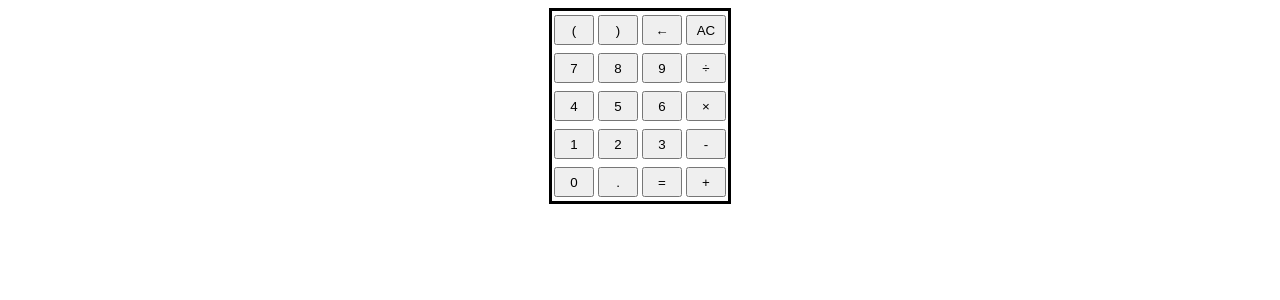
Repository: z1youRA/MyCalculator
Page: index.html
These files come from the project's save history. The page is drawn as it stood at one moment and after the next save; the edit follows.
The browser window is 1280 px wide. The pictures show the whole page.

Above is the page before, as saved 2021-12-19 14:07:27.

After the next save:
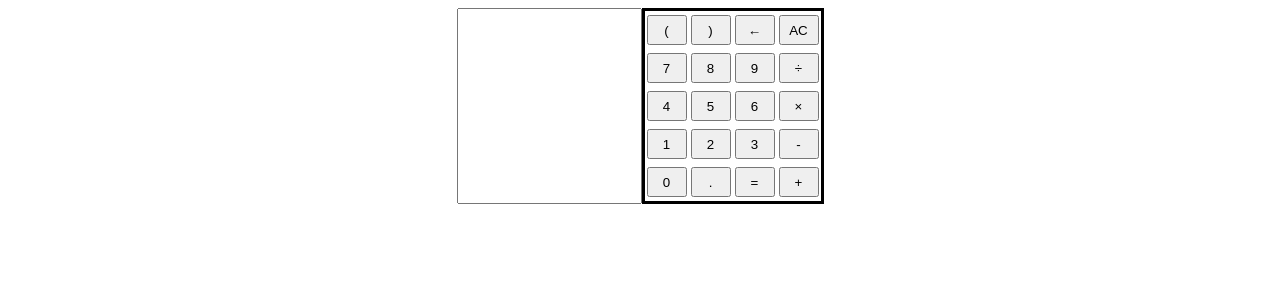
Saved 57 s later.
--- a/index.html
+++ b/index.html
@@ -9,7 +9,7 @@
 </head>
 <body>
     <div class='container'>
-        <form></form>
+        <input type='text'>
         <div class='buttons'>
             <div class='first-row row'>
                 <button>(</button>
